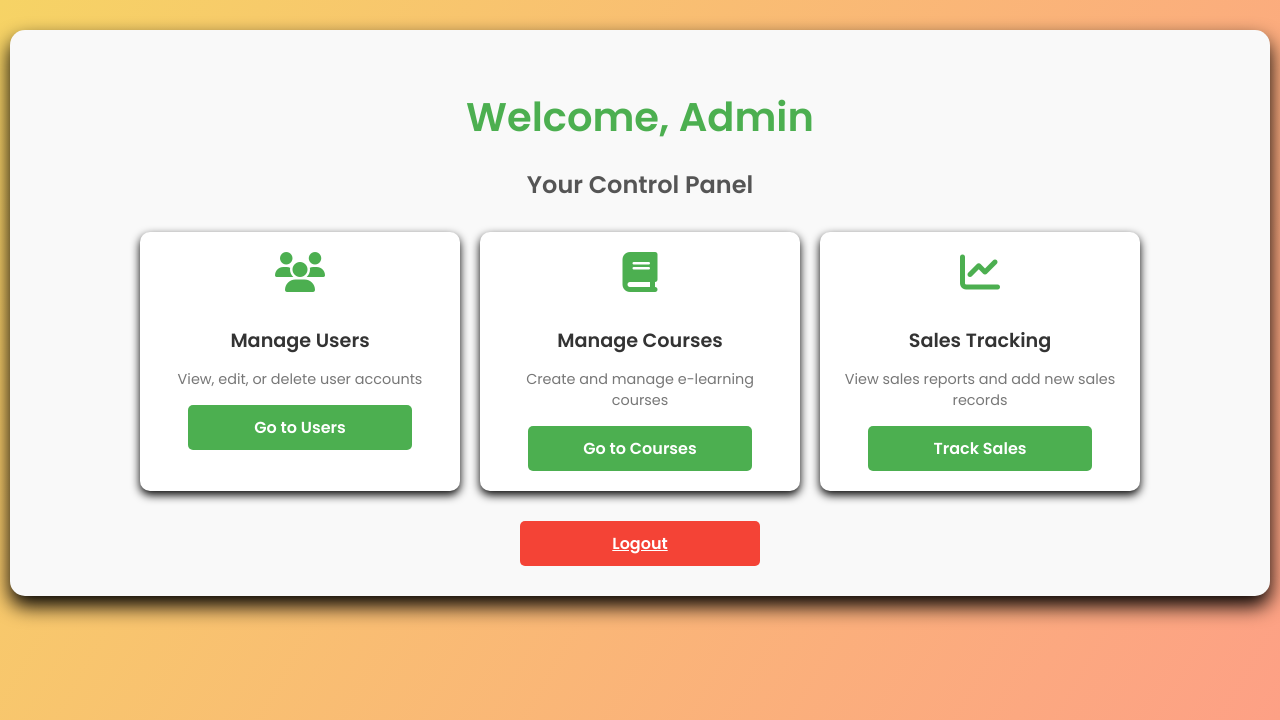
Repository: Syed1818/project
Page: http://localhost/admin_dashboard.php
An editor plug-in stored every save of this project. The page is shown before and after the next save, followed by the edit.
The browser window is 1280 px wide. The pictures show the whole page.
Some web libraries are served in a nearby version. The page is run by PHP 8.4 with error messages shown; the project is at /var/www/html/.

Above is the page before, as saved 2024-12-07 17:12:01.

After the next save:
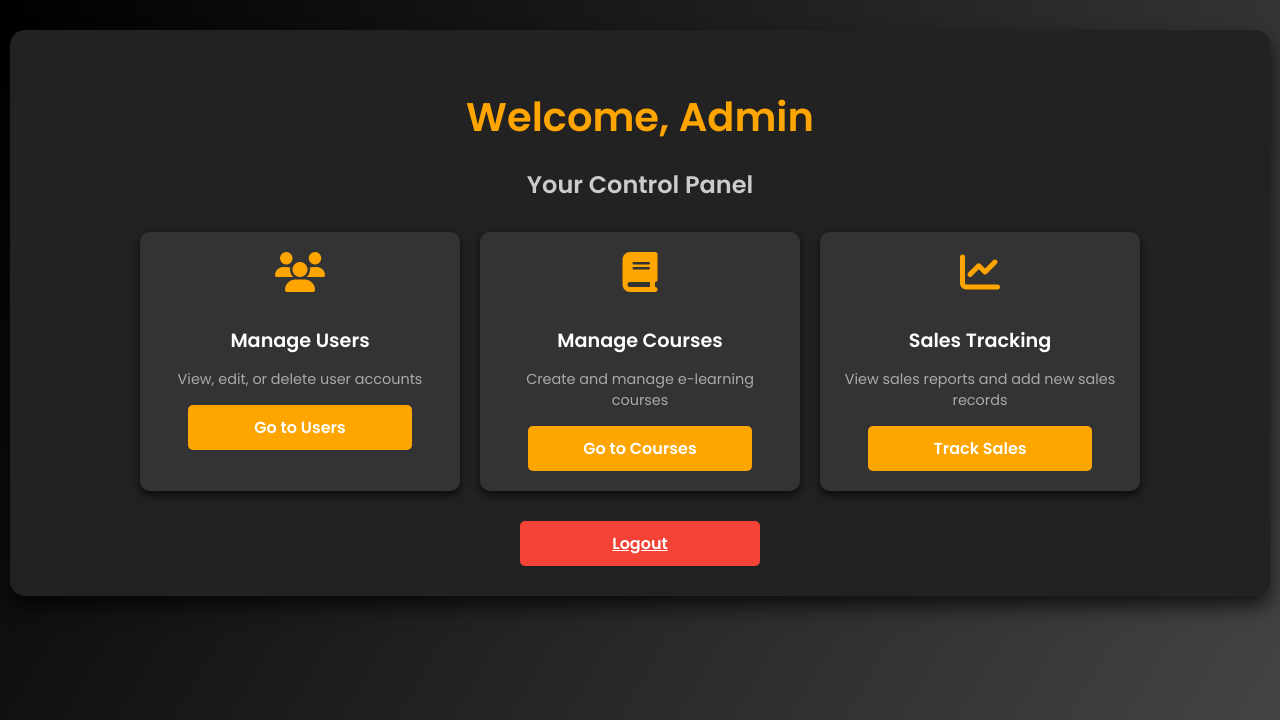
Saved 2 min 14 s later.
--- a/admin_dashboard.php
+++ b/admin_dashboard.php
@@ -8,8 +8,8 @@
         @import url('https://fonts.googleapis.com/css2?family=Poppins:wght@400;600&display=swap');
         body {
             font-family: 'Poppins', sans-serif;
-            background: linear-gradient(120deg, #f6d365, #fda085);
-            color: #333;
+            background: linear-gradient(120deg, #000, #444);
+            color: #fff;
             margin: 0;
             padding: 0;
             min-height: 100vh;
@@ -19,10 +19,10 @@
         }
 
         .container {
-            background: #f9f9f9;
+            background: #222;
             padding: 30px;
             border-radius: 15px;
-            box-shadow: 0 10px 20px black;
+            box-shadow: 0 10px 20px rgba(0, 0, 0, 0.7);
             width: 100%;
             max-width: 1200px;
             margin: 30px auto;
@@ -31,14 +31,14 @@
         h1 {
             text-align: center;
             margin-bottom: 20px;
-            color: #4CAF50;
+            color: #FFA500;
             font-size: 2.5rem;
             font-weight: bold;
         }
 
         h2 {
             text-align: center;
-            color: #555;
+            color: #ccc;
             margin-bottom: 30px;
         }
 
@@ -50,34 +50,34 @@
         }
 
         .action-card {
-            background: white;
+            background: #333;
             padding: 20px;
             border-radius: 10px;
             width: 280px;
             text-align: center;
-            box-shadow: 0 4px 10px black;
+            box-shadow: 0 4px 10px rgba(0, 0, 0, 0.7);
             transition: transform 0.3s ease, box-shadow 0.3s ease;
         }
 
         .action-card:hover {
             transform: translateY(-5px);
-            box-shadow: 0 6px 20px green;
+            box-shadow: 0 6px 20px #FFA500;
         }
 
         .action-card i {
             font-size: 40px;
-            color: #4CAF50;
+            color: #FFA500;
             margin-bottom: 15px;
         }
 
         .action-card h3 {
             font-size: 1.2rem;
             margin-bottom: 10px;
-            color: #333;
+            color: #fff;
         }
 
         .action-card p {
-            color: #777;
+            color: #aaa;
             font-size: 0.9rem;
             margin-bottom: 15px;
         }
@@ -85,7 +85,7 @@
         .action-card a {
             text-decoration: none;
             color: #fff;
-            background-color: #4CAF50;
+            background-color: #FFA500;
             padding: 10px 0;
             border-radius: 5px;
             font-weight: bold;
@@ -96,7 +96,7 @@
         }
 
         .action-card a:hover {
-            background-color: #45a049;
+            background-color: #ff8c00;
         }
 
         .logout-btn {
